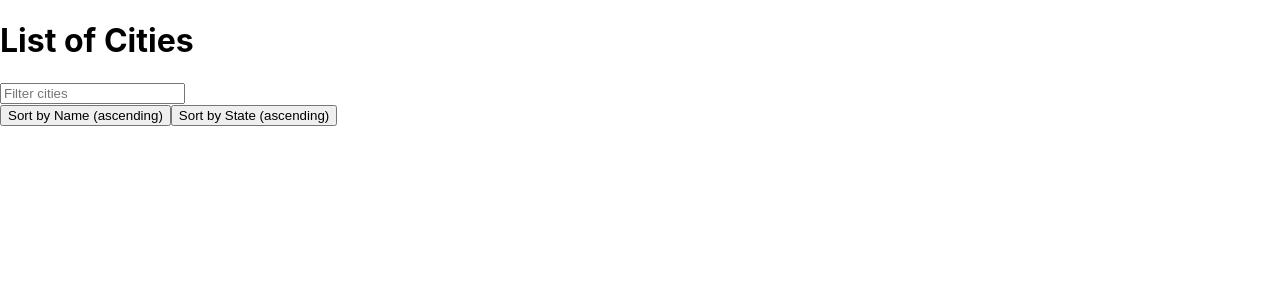
Repository: masonma21/city-list-app
Page: /
The author's editor kept a copy of each file at every save. The page is drawn from the files as they stood at one save, then again after the next save.
The browser window is 1280 px wide. The pictures show the whole page.
The page's requests for data from a server got no answer. The project was rebuilt for these pictures with package versions that can differ from the ones it lists, and the page was loaded fresh each time. No one was signed in, and anything a server would have sent is missing.

Above is the page before, as saved 2024-11-05 13:51:08.

### src/App.js
import React, { useState, useEffect } from 'react';

function App() {
  const [cities, setCities] = useState([]);
  const [loading, setLoading] = useState(true);
  const [sortConfig, setSortConfig] = useState({ key: 'name', direction: 'ascending' });
  const [query, setQuery] = useState('');

  useEffect(() => {
    fetch('https://roots.thecompernolles.com/cities.json')
      .then((response) => response.json())
      .then((data) => {
        setCities(data);
        setLoading(false);
      })
      .catch((error) => {
        console.error('Error fetching cities:', error);
        setLoading(false);
      });
  }, []);

  const filteredCities = React.useMemo(() => {
    return cities.filter((city) => {
      return (
        city.name.toLowerCase().includes(query.toLowerCase()) ||
        city.state.toLowerCase().includes(query.toLowerCase())
      );
    });
  }, [cities, query]);

  const sortedCities = React.useMemo(() => {
    let sortableCities = [...filteredCities];
    if (sortConfig !== null) {
      sortableCities.sort((a, b) => {
        const aKey = a[sortConfig.key].toLowerCase();
        const bKey = b[sortConfig.key].toLowerCase();
        if (aKey < bKey) {
          return sortConfig.direction === 'ascending' ? -1 : 1;
        }
        if (aKey > bKey) {
          return sortConfig.direction === 'ascending' ? 1 : -1;
        }
        return 0;
      });
    }
    return sortableCities;
  }, [filteredCities, sortConfig]);

  const requestSort = (key) => {
    let direction = 'ascending';
    if (
      sortConfig.key === key &&
      sortConfig.direction === 'ascending'
    ) {
      direction = 'descending';
    } else if (sortConfig.key === key && sortConfig.direction === 'descending') {
      direction = 'ascending';
    } else {
      direction = 'ascending';
    }
    setSortConfig({ key, direction });
  };

  if (loading) {
    return <div>Loading cities...</div>;
  }

  return (
    <div className="container">
      <h1>List of Cities</h1>

      <div className="controls">
        <input
          type="text"
          placeholder="Filter cities"
          value={query}
          onChange={(e) => setQuery(e.target.value)}
        />

        <div className="sorting-buttons">
          <button onClick={() => requestSort('name')}>
            Sort by Name ({sortConfig.key === 'name' ? sortConfig.direction : 'ascending'})
          </button>
          <button onClick={() => requestSort('state')}>
            Sort by State ({sortConfig.key === 'state' ? sortConfig.direction : 'ascending'})
          </button>
        </div>
      </div>

      <ul>
        {sortedCities.map((city) => (
          <li key={city.id}>
            {city.name}, {city.state}
          </li>
        ))}
      </ul>
    </div>
  );
}

export default App;

Loaded but not shown: public/index.html (common file); src/index.js (common file); src/index.css (common file); src/reportWebVitals.js (common file)

After the next save:
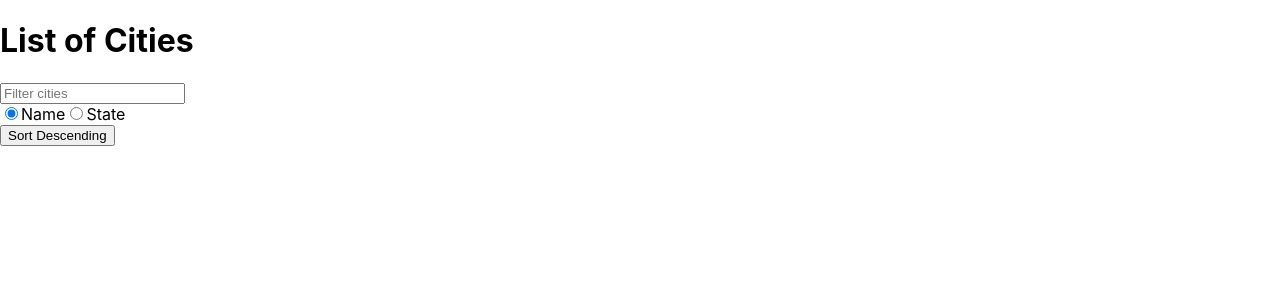
Saved 41 min 49 s later.
--- a/src/App.js
+++ b/src/App.js
@@ -3,8 +3,9 @@ import React, { useState, useEffect } from 'react';
 function App() {
   const [cities, setCities] = useState([]);
   const [loading, setLoading] = useState(true);
-  const [sortConfig, setSortConfig] = useState({ key: 'name', direction: 'ascending' });
   const [query, setQuery] = useState('');
+  const [sortKey, setSortKey] = useState('name');
+  const [sortDirection, setSortDirection] = useState('ascending');
 
   useEffect(() => {
     fetch('https://roots.thecompernolles.com/cities.json')
@@ -30,36 +31,19 @@ function App() {
 
   const sortedCities = React.useMemo(() => {
     let sortableCities = [...filteredCities];
-    if (sortConfig !== null) {
-      sortableCities.sort((a, b) => {
-        const aKey = a[sortConfig.key].toLowerCase();
-        const bKey = b[sortConfig.key].toLowerCase();
-        if (aKey < bKey) {
-          return sortConfig.direction === 'ascending' ? -1 : 1;
-        }
-        if (aKey > bKey) {
-          return sortConfig.direction === 'ascending' ? 1 : -1;
-        }
-        return 0;
-      });
-    }
+    sortableCities.sort((a, b) => {
+      const aKey = a[sortKey].toLowerCase();
+      const bKey = b[sortKey].toLowerCase();
+      if (aKey < bKey) {
+        return sortDirection === 'ascending' ? -1 : 1;
+      }
+      if (aKey > bKey) {
+        return sortDirection === 'ascending' ? 1 : -1;
+      }
+      return 0;
+    });
     return sortableCities;
-  }, [filteredCities, sortConfig]);
-
-  const requestSort = (key) => {
-    let direction = 'ascending';
-    if (
-      sortConfig.key === key &&
-      sortConfig.direction === 'ascending'
-    ) {
-      direction = 'descending';
-    } else if (sortConfig.key === key && sortConfig.direction === 'descending') {
-      direction = 'ascending';
-    } else {
-      direction = 'ascending';
-    }
-    setSortConfig({ key, direction });
-  };
+  }, [filteredCities, sortKey, sortDirection]);
 
   if (loading) {
     return <div>Loading cities...</div>;
@@ -70,6 +54,7 @@ function App() {
       <h1>List of Cities</h1>
 
       <div className="controls">
+        {/* Filter Input */}
         <input
           type="text"
           placeholder="Filter cities"
@@ -77,14 +62,32 @@ function App() {
           onChange={(e) => setQuery(e.target.value)}
         />
 
-        <div className="sorting-buttons">
-          <button onClick={() => requestSort('name')}>
-            Sort by Name ({sortConfig.key === 'name' ? sortConfig.direction : 'ascending'})
-          </button>
-          <button onClick={() => requestSort('state')}>
-            Sort by State ({sortConfig.key === 'state' ? sortConfig.direction : 'ascending'})
-          </button>
+        {/* Sort Key Selection */}
+        <div className="sort-key">
+          <label>
+            <input
+              type="radio"
+              value="name"
+              checked={sortKey === 'name'}
+              onChange={(e) => setSortKey(e.target.value)}
+            />
+            Name
+          </label>
+          <label>
+            <input
+              type="radio"
+              value="state"
+              checked={sortKey === 'state'}
+              onChange={(e) => setSortKey(e.target.value)}
+            />
+            State
+          </label>
         </div>
+
+        {/* Sort Direction Toggle */}
+        <button onClick={() => setSortDirection(sortDirection === 'ascending' ? 'descending' : 'ascending')}>
+          Sort {sortDirection === 'ascending' ? 'Descending' : 'Ascending'}
+        </button>
       </div>
 
       <ul>
